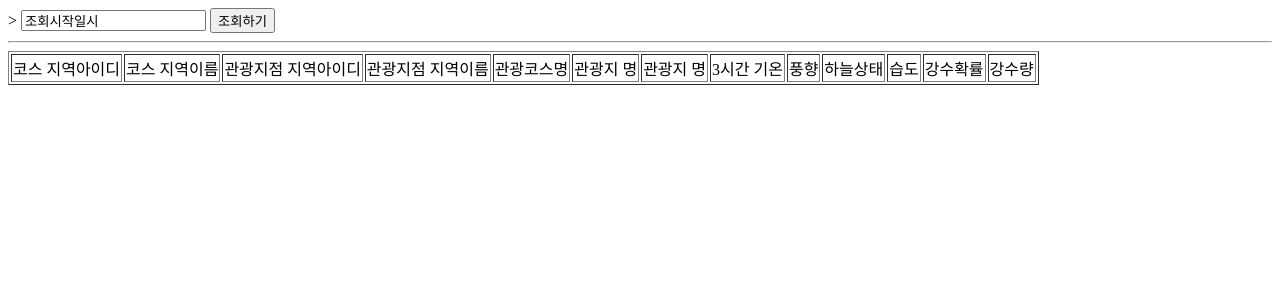
Repository: jeehui/JSPStudy
Page: http://localhost/OPENAPI_PRAC/tour/tour.jsp
The author's editor kept a copy of each file at every save. The page is drawn from the files as they stood at one save, then again after the next save.
The browser window is 1280 px wide. The pictures show the whole page.
The page is served by Tomcat 9. Other server files are loaded and not shown.

Above is the page before, as saved 2022-05-04 06:26:58.
Console error: SyntaxError: missing ) after argument list

### OPENAPI_PRAC/src/main/webapp/tour/tour.jsp
<%@ page language="java" contentType="text/html; charset=UTF-8"
    pageEncoding="UTF-8"%>
<!DOCTYPE html>
<html>
<head>
<meta charset="UTF-8">
<title>Insert title here</title>
<script src="https://code.jquery.com/jquery-3.6.0.js" integrity="sha256-H+K7U5CnXl1h5ywQfKtSj8PCmoN9aaq30gDh27Xc0jk=" crossorigin="anonymous"></script>
<script src="https://code.jquery.com/ui/1.13.1/jquery-ui.js" integrity="sha256-6XMVI0zB8cRzfZjqKcD01PBsAy3FlDASrlC8SxCpInY=" crossorigin="anonymous"></script>>
<link rel="stylesheet" href="https://code.jquery.com/ui/1.13.1/themes/base/jquery-ui.css">
<script>

	$(documoent).ready(function(){
		fnTourStnInfoSvc();
	})

	$(document).ready(function(){

		$('#currenDate').datepicker({
		'showOn': 'focus' // both
		})
	})

	function fnTourStnInfoSvc(){
		$('#btn_tour').on('click', funtion(){
			$.ajax({
				url: '/OPENAPI/tourStnInfoSvc.do',
				type: 'get',
				dataType:'json',
				success: function(responseText){
					$('#focInfo').empty();
					$.each($(responseText).find('item'), function(i, item){
						var tr = '<tr>';
						tr += '<td>' + $(item).find('courseAreaId').text()+ '</td>';
						tr += '<td>' + $(item).find('courseAreaName').text()+ '</td>';
						tr += '<td>' + $(item).find('spotAreaId').text()+ '</td>';
						tr += '<td>' + $(item).find('spotAreaName').text()+ '</td>';
						tr += '<td>' + $(item).find('courseName').text()+ '</td>';
						tr += '<td>' + $(item).find('spotName').text()+ '</td>';
						tr += '<td>' + $(item).find('thema').text()+ '</td>';
						tr += '<td>' + $(item).find('th3').text()+ '</td>';
						tr += '<td>' + $(item).find('wd').text()+ '</td>';
						tr += '<td>' + $(item).find('ws').text()+ '</td>';
						tr += '<td>' + $(item).find('sky').text()+ '</td>';
						tr += '<td>' + $(item).find('rhm').text()+ '</td>';
						tr += '<td>' + $(item).find('pop').text()+ '</td>';
						tr += '<td>' + $(item).find('rn').text()+ '</td>';
					})
				}
			})
		})
	}

</script>
</head>
<body>

	<input type="text" id="cureentDate" name="currentDate" value="조회시작일시">
	<input type="button" value="조회하기" id="btn_tour">

	<hr>

	<table border="1">
		<thead>
			<tr>
				<td>코스 지역아이디</td>
				<td>코스 지역이름</td>
				<td>관광지점 지역아이디</td>
				<td>관광지점 지역이름</td>
				<td>관광코스명</td>
				<td>관광지 명</td>
				<td>관광지 명</td>
				<td>3시간 기온</td>
				<td>풍향</td>
				<td>하늘상태</td>
				<td>습도</td>
				<td>강수확률</td>
				<td>강수량</td>
			</tr>
		</thead>
		<tbody id="focInfo">

		</tbody>
	</table>
</body>
</html>

After the next save:
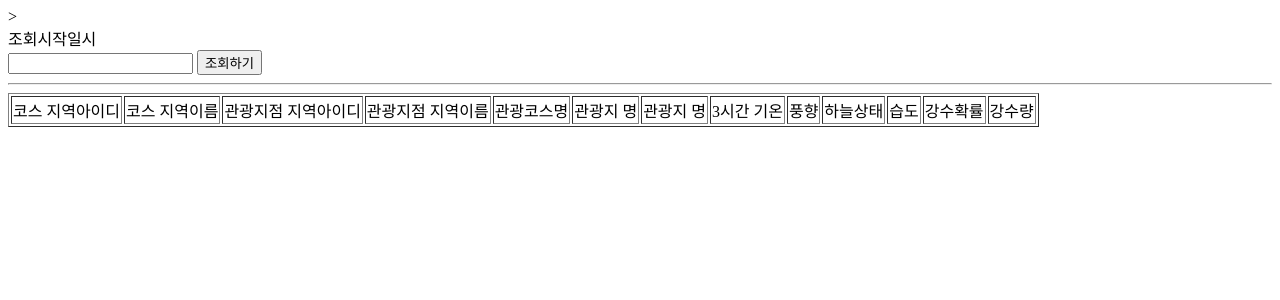
Saved 100 s later.
--- a/OPENAPI_PRAC/src/main/webapp/tour/tour.jsp
+++ b/OPENAPI_PRAC/src/main/webapp/tour/tour.jsp
@@ -55,7 +55,8 @@
 </head>
 <body>
 
-	<input type="text" id="cureentDate" name="currentDate" value="조회시작일시">
+	<div>조회시작일시</div>
+	<input type="text" id="cureentDate" name="currentDate">
 	<input type="button" value="조회하기" id="btn_tour">
 
 	<hr>
